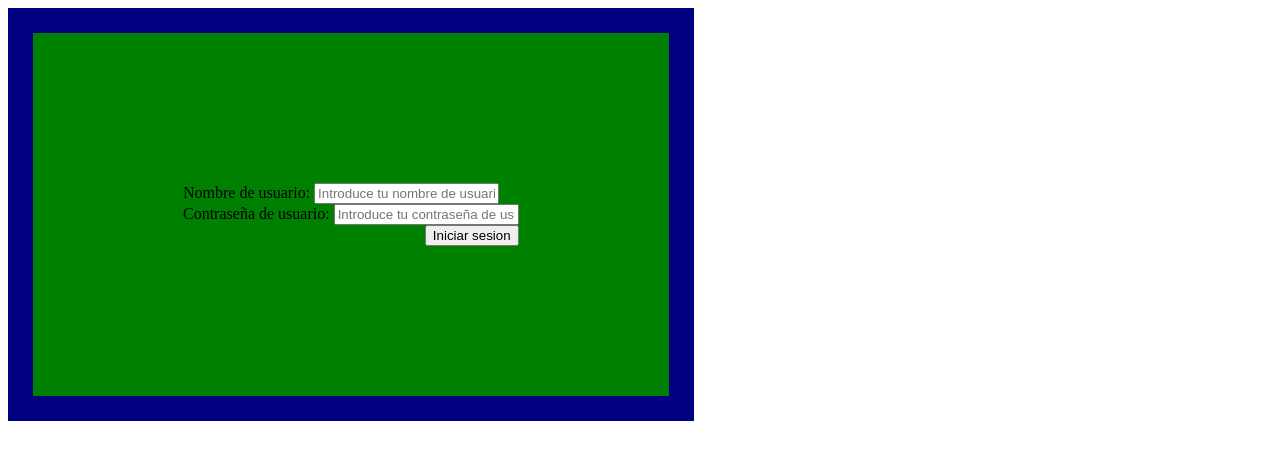
Repository: angegon/Developing-Applications-for-the-Java-EE-Platform
Page: javaee/08_ejemplo_fordward_login/WebContent/login.html
The author's editor kept a copy of each file at every save. The page is drawn from the files as they stood at one save, then again after the next save.
The browser window is 1280 px wide. The pictures show the whole page.

Above is the page before, as saved 2016-12-21 15:58:53.

After the next save:
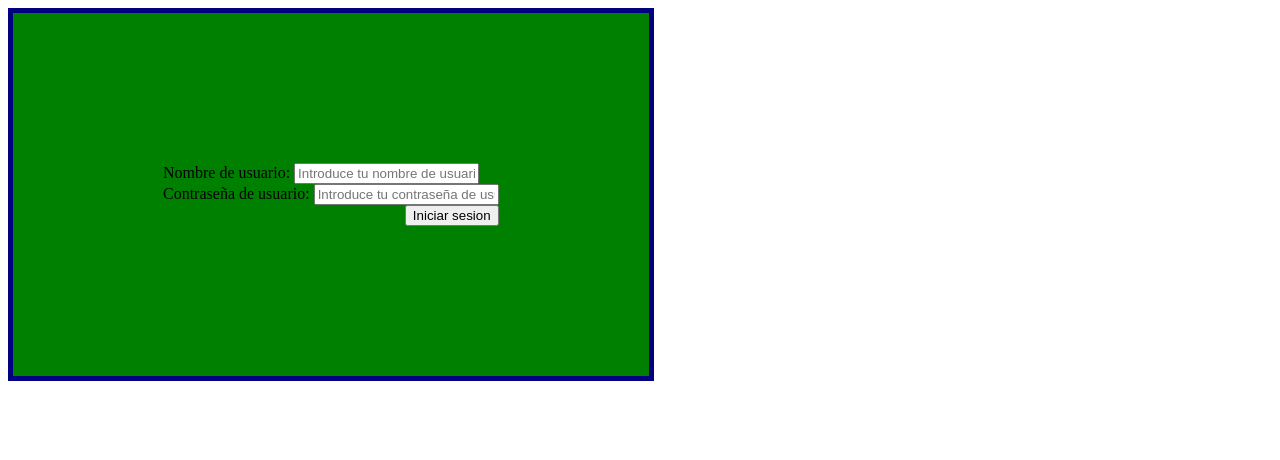
Saved 34 s later.
--- a/javaee/08_ejemplo_fordward_login/WebContent/login.html
+++ b/javaee/08_ejemplo_fordward_login/WebContent/login.html
@@ -7,7 +7,7 @@
 <body>
 
 <form action="comprobarPassword" method="post">
-<div style="float:left; background-color: green; padding: 150px 150px 150px 150px; border: 25px solid navy">
+<div style="float:left; background-color: green; padding: 150px 150px 150px 150px; border: 5px solid navy">
 	Nombre de usuario: <input type="text" name="usuario" placeholder="Introduce tu nombre de usuario"/>
 	</br>
 	Contraseña de usuario: <input type="password" name="password" placeholder="Introduce tu contraseña de usuario"/>
